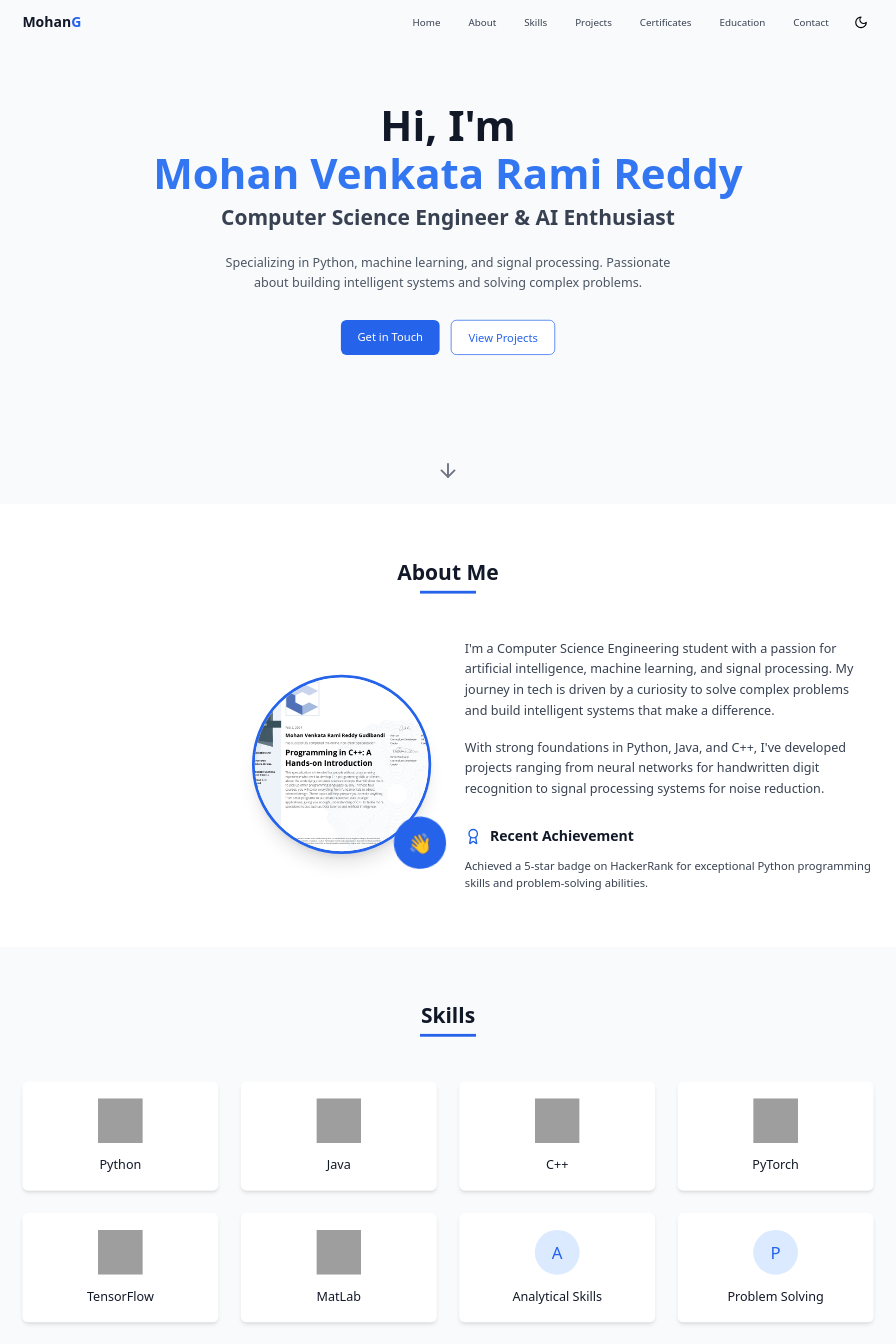
Repository: Mohan2347/updated-portfolio
Page: /
An editor plug-in stored every save of this project. The page is shown before and after a run of saves, followed by the edit.
The browser window is 1280 px wide. The pictures show the part of the page from y = 0 to 1920 px (the page is 5902 px tall), at 70% of full size.
Pictures or frames that could not be fetched are drawn as grey boxes. The project was rebuilt for these pictures with package versions that can differ from the ones it lists, and the page was loaded fresh each time. Also part of the build but not shown: vite.config.ts.

Above is the page before, as saved 2025-04-27 15:44:21.

### index.html
<!doctype html>
<html lang="en">
  <head>
    <meta charset="UTF-8" />
    <link rel="icon" type="image/svg+xml" href="/vite.svg" />
    <meta name="viewport" content="width=device-width, initial-scale=1.0" />
    <meta name="description" content="Portfolio of Mohan Venkata Rami Reddy Gudibandi - Computer Science Engineer & AI Enthusiast">
    <title>Mohan Gudibandi | Portfolio</title>
  </head>
  <body>
    <div id="root"></div>
    <script type="module" src="/src/main.tsx"></script>
  </body>
</html>

### src/App.tsx
import React, { useState, useEffect } from 'react';
import Navbar from './components/Navbar';
import Hero from './components/Hero';
import About from './components/About';
import Skills from './components/Skills';
// import Experience from './components/Experience';
import Projects from './components/Projects';
import Certificates from './components/Certificates';
import Education from './components/Education';
import Contact from './components/Contact';
import Footer from './components/Footer';
import Background from './components/Background';

function App() {
  const [isDarkMode, setIsDarkMode] = useState(false);

  useEffect(() => {
    const savedDarkMode = localStorage.getItem('darkMode');

    if (savedDarkMode === 'true') {
      setIsDarkMode(true);
      document.documentElement.classList.add('dark');
    } else if (savedDarkMode === null) {
      const prefersDark = window.matchMedia('(prefers-color-scheme: dark)').matches;
      setIsDarkMode(prefersDark);
      if (prefersDark) document.documentElement.classList.add('dark');
    }
  }, []);

  const toggleDarkMode = () => {
    setIsDarkMode(!isDarkMode);

    if (!isDarkMode) {
      document.documentElement.classList.add('dark');
      localStorage.setItem('darkMode', 'true');
    } else {
      document.documentElement.classList.remove('dark');
      localStorage.setItem('darkMode', 'false');
    }
  };

  return (
    <div className="min-h-screen bg-white dark:bg-gray-900 transition-colors duration-300">
      <Background />
      <Navbar isDarkMode={isDarkMode} toggleDarkMode={toggleDarkMode} />
      <Hero />
      <About />
      <Skills />
      {/* <Experience /> */}
      <Projects />
      <Certificates />
      <Education />
      <Contact />
      <Footer isDarkMode={isDarkMode} toggleDarkMode={toggleDarkMode} />
    </div>
  );
}

export default App;

### src/components/Skills.tsx
import React from 'react';
import { skills } from '../data/portfolio';
import { motion } from 'framer-motion';

const Skills: React.FC = () => {
  const skillIcons = {
    'Python': 'https://cdn.jsdelivr.net/gh/devicons/devicon/icons/python/python-original.svg',
    'Java': 'https://cdn.jsdelivr.net/gh/devicons/devicon/icons/java/java-original.svg',
    'C++': 'https://cdn.jsdelivr.net/gh/devicons/devicon/icons/cplusplus/cplusplus-original.svg',
    'PyTorch': 'https://cdn.jsdelivr.net/gh/devicons/devicon/icons/pytorch/pytorch-original.svg',
    'TensorFlow': 'https://cdn.jsdelivr.net/gh/devicons/devicon/icons/tensorflow/tensorflow-original.svg',
    'MatLab': 'https://cdn.jsdelivr.net/gh/devicons/devicon/icons/matlab/matlab-original.svg',
    'Jupyter Notebook': 'https://cdn.jsdelivr.net/gh/devicons/devicon/icons/jupyter/jupyter-original.svg',
    'VS Code': 'https://cdn.jsdelivr.net/gh/devicons/devicon/icons/vscode/vscode-original.svg',
    'GitHub': 'https://cdn.jsdelivr.net/gh/devicons/devicon/icons/github/github-original.svg',
  };

  const container = {
    hidden: { opacity: 0 },
    show: {
      opacity: 1,
      transition: {
        staggerChildren: 0.1
      }
    }
  };

  const item = {
    hidden: { opacity: 0, y: 20 },
    show: { opacity: 1, y: 0 }
  };

  return (
    <section id="skills" className="py-20 bg-gray-50 dark:bg-gray-900 transition-colors duration-300">
      <div className="max-w-7xl mx-auto px-4 sm:px-6 lg:px-8">
        <div className="text-center mb-16">
          <h2 className="text-3xl font-bold text-gray-900 dark:text-white transition-colors duration-300">
            Skills
          </h2>
          <div className="mt-2 h-1 w-20 bg-blue-600 mx-auto"></div>
        </div>

        <motion.div
          variants={container}
          initial="hidden"
          animate="show"
          className="grid grid-cols-2 md:grid-cols-3 lg:grid-cols-4 gap-8"
        >
          {skills.map((skill) => (
            <motion.div
              key={skill.name}
              variants={item}
              className="bg-white dark:bg-gray-800 rounded-lg p-6 shadow-md transition-all duration-300 hover:shadow-lg hover:scale-105"
            >
              <div className="flex flex-col items-center space-y-4">
                {skillIcons[skill.name] ? (
                  <img
                    src={skillIcons[skill.name]}
                    alt={skill.name}
                    className="w-16 h-16"
                  />
                ) : (
                  <div className="w-16 h-16 bg-blue-100 dark:bg-blue-900 rounded-full flex items-center justify-center">
                    <span className="text-2xl text-blue-600 dark:text-blue-400">{skill.name[0]}</span>
                  </div>
                )}
                <h3 className="text-lg font-medium text-gray-900 dark:text-white text-center">
                  {skill.name}
                </h3>
              </div>
            </motion.div>
          ))}
        </motion.div>
      </div>
    </section>
  );
};

export default Skills;

### src/components/Certificates.tsx
import React from 'react';
import { certificates } from '../data/portfolio';
import { Award } from 'lucide-react';

const Certificates: React.FC = () => {
  return (
    <section id="certificates" className="py-20 bg-gray-50 dark:bg-gray-900 transition-colors duration-300">
      <div className="max-w-7xl mx-auto px-4 sm:px-6 lg:px-8">
        <div className="text-center mb-16">
          <h2 className="text-3xl font-bold text-gray-900 dark:text-white transition-colors duration-300">
            Certificates
          </h2>
          <div className="mt-2 h-1 w-20 bg-blue-600 mx-auto"></div>
        </div>

        <div className="grid grid-cols-1 md:grid-cols-2 lg:grid-cols-3 gap-8">
          {certificates.map((certificate, index) => (
            <div
              key={index}
              className="bg-white dark:bg-gray-800 rounded-lg overflow-hidden shadow-md transition-all duration-300 hover:shadow-lg hover:translate-y-[-5px]"
            >
              <div className="h-48 overflow-hidden">
                <img
                  src={certificate.image}
                  alt={certificate.title}
                  className="w-full h-full object-cover transform hover:scale-110 transition-transform duration-300"
                />
              </div>

              <div className="p-6">
                <div className="flex items-center mb-4">
                  <Award size={24} className="text-blue-600 mr-3" />
                  <h3 className="text-xl font-semibold text-gray-900 dark:text-white transition-colors duration-300">
                    {certificate.title}
                  </h3>
                </div>

                <p className="text-blue-600 dark:text-blue-400 font-medium transition-colors duration-300">
                  {certificate.issuer}
                </p>

                <p className="text-sm text-gray-500 dark:text-gray-400 mb-4 transition-colors duration-300">
                  {certificate.date}
                </p>

                <p className="text-gray-700 dark:text-gray-300 transition-colors duration-300">
                  {certificate.description}
                </p>
              </div>
            </div>
          ))}
        </div>
      </div>
    </section>
  );
};

export default Certificates;

### src/components/Education.tsx
import React from 'react';
import { education } from '../data/portfolio';
import { GraduationCap } from 'lucide-react';

const Education: React.FC = () => {
  return (
    <section id="education" className="py-20 bg-white dark:bg-gray-800 transition-colors duration-300">
      <div className="max-w-7xl mx-auto px-4 sm:px-6 lg:px-8">
        <div className="text-center mb-16">
          <h2 className="text-3xl font-bold text-gray-900 dark:text-white transition-colors duration-300">
            Education
          </h2>
          <div className="mt-2 h-1 w-20 bg-blue-600 mx-auto"></div>
        </div>

        <div className="relative">
          {/* Timeline line */}
          <div className="absolute left-0 sm:left-1/2 transform sm:translate-x-[-50%] h-full w-1 bg-blue-200 dark:bg-blue-900 transition-colors duration-300"></div>

          <div className="space-y-12">
            {education.map((edu, index) => (
              <div key={index} className="relative">
                {/* Timeline dot */}
                <div className="absolute left-0 sm:left-1/2 transform sm:translate-x-[-50%] w-6 h-6 rounded-full bg-blue-600 border-4 border-white dark:border-gray-800 transition-colors duration-300"></div>

                <div className={`sm:w-1/2 ml-10 sm:ml-0 ${
                  index % 2 === 0 ? 'sm:pr-12 sm:text-right' : 'sm:pl-12 sm:ml-auto'
                }`}>
                  <div className="bg-gray-50 dark:bg-gray-700 p-5 rounded-lg shadow-md transition-all duration-300 hover:shadow-lg">
                    <div className={`flex items-center mb-2 ${
                      index % 2 === 0 ? 'justify-end' : ''
                    }`}>
                      <GraduationCap size={20} className={`text-blue-600 ${
                        index % 2 === 0 ? 'ml-2 order-2' : 'mr-2'
                      }`} />
                      <h3 className="text-lg font-semibold text-gray-900 dark:text-white transition-colors duration-300">
                        {edu.institution}
                      </h3>
                    </div>

                    <p className="text-gray-600 dark:text-gray-300 transition-colors duration-300">
                      {edu.location}
                    </p>

                    <p className="text-blue-600 dark:text-blue-400 font-medium mt-2 transition-colors duration-300">
                      {edu.degree}
                    </p>

                    <div className="flex flex-wrap items-center justify-between mt-2">
                      <span className="bg-blue-100 dark:bg-blue-900 text-blue-800 dark:text-blue-200 px-3 py-1 rounded-full text-sm transition-colors duration-300">
                        {edu.score}
                      </span>
                      <span className="text-gray-500 dark:text-gray-400 text-sm transition-colors duration-300">
                        {edu.period}
                      </span>
                    </div>
                  </div>
                </div>
              </div>
            ))}
          </div>
        </div>
      </div>
    </section>
  );
};

export default Education;

### src/components/Footer.tsx
import React from 'react';
import { Heart } from 'lucide-react';

interface FooterProps {
  isDarkMode: boolean;
  toggleDarkMode: () => void;
}

const Footer: React.FC<FooterProps> = ({ isDarkMode, toggleDarkMode }) => {
  const currentYear = new Date().getFullYear();

  return (
    <footer className="bg-white dark:bg-gray-800 py-8 transition-colors duration-300">
      <div className="max-w-7xl mx-auto px-4 sm:px-6 lg:px-8">
        <div className="border-t border-gray-200 dark:border-gray-700 pt-8 transition-colors duration-300">
          <div className="flex flex-col md:flex-row justify-between items-center">
            <div className="mb-4 md:mb-0">
              <p className="text-gray-600 dark:text-gray-400 transition-colors duration-300">
                &copy; {currentYear} Mohan Venkata Rami Reddy. All rights reserved.
              </p>
            </div>

            <div className="flex items-center space-x-6">
              <button
                onClick={toggleDarkMode}
                className="text-gray-600 dark:text-gray-400 hover:text-blue-600 dark:hover:text-blue-400 transition-colors duration-300"
                aria-label={isDarkMode ? "Switch to light mode" : "Switch to dark mode"}
              >
                {isDarkMode ? "Light Mode" : "Dark Mode"}
              </button>

              <a
                href="#home"
                className="text-gray-600 dark:text-gray-400 hover:text-blue-600 dark:hover:text-blue-400 transition-colors duration-300"
              >
                Back to Top
              </a>
            </div>
          </div>

          <div className="mt-6 text-center text-gray-500 dark:text-gray-500 text-sm transition-colors duration-300 flex items-center justify-center">
            <span>Built with</span>
            <Heart size={16} className="text-red-500 mx-1" />
            <span>using React & Tailwind CSS</span>
          </div>
        </div>
      </div>
    </footer>
  );
};

export default Footer;

### src/components/Background.tsx
import React from 'react';
import { useCallback } from "react";
import Particles from "react-particles";
import type { Container, Engine } from "tsparticles-engine";
import { loadSlim } from "tsparticles-slim";

const Background: React.FC = () => {
  const particlesInit = useCallback(async (engine: Engine) => {
    await loadSlim(engine);
  }, []);

  const particlesLoaded = useCallback(async (container: Container | undefined) => {
    console.log(container);
  }, []);

  return (
    <Particles
      className="fixed top-0 left-0 w-full h-full -z-10"
      id="tsparticles"
      init={particlesInit}
      loaded={particlesLoaded}
      options={{
        background: {
          color: {
            value: "transparent",
          },
        },
        fpsLimit: 120,
        interactivity: {
          events: {
            onClick: {
              enable: true,
              mode: "push",
            },
            onHover: {
              enable: true,
              mode: "grab",
              parallax: {
                enable: true,
                force: 60,
                smooth: 10
              }
            },
            resize: true,
          },
          modes: {
            push: {
              quantity: 4,
            },
            grab: {
              distance: 200,
              links: {
                opacity: 0.5
              }
            }
          },
        },
        particles: {
          color: {
            value: "#3b82f6",
          },
          links: {
            color: "#3b82f6",
            distance: 150,
            enable: true,
            opacity: 0.3,
            width: 1,
            triangles: {
              enable: true,
              opacity: 0.05
            }
          },
          move: {
            direction: "none",
            enable: true,
            outModes: {
              default: "bounce",
            },
            random: false,
            speed: 1,
            straight: false,
            attract: {
              enable: true,
              rotateX: 600,
              rotateY: 1200
            }
          },
          number: {
            density: {
              enable: true,
              area: 800,
            },
            value: 80,
          },
          opacity: {
            value: 0.5,
            random: true,
            anim: {
              enable: true,
              speed: 1,
              opacity_min: 0.1,
              sync: false
            }
          },
          shape: {
            type: "circle",
          },
          size: {
            value: { min: 1, max: 3 },
            random: true,
            anim: {
              enable: true,
              speed: 2,
              size_min: 0.1,
              sync: false
            }
          },
        },
        detectRetina: true,
      }}
    />
  );
};

export default Background;

### src/data/portfolio.ts
import { Skill, Project, Certificate, Education, Achievement, NavItem, Experience } from '../types';
import img  from "../assests/img1.jpg";
import img  from "../assests/project1.jpg";
import img  from "../assests/project2.jpg";
import img  from "../assests/Certificate1.jpg";
import img  from "../assests/Certificate1.jpg";
import img  from "../assests/Certificate1.jpg";



export const navItems: NavItem[] = [
  { label: 'Home', href: '#home' },
  { label: 'About', href: '#about' },
  { label: 'Skills', href: '#skills' },
  // { label: 'Experience', href: '#experience' },
  { label: 'Projects', href: '#projects' },
  { label: 'Certificates', href: '#certificates' },
  { label: 'Education', href: '#education' },
  { label: 'Contact', href: '#contact' }
];

export const skills: Skill[] = [
  { name: 'Python', level: 90, category: 'language' },
  { name: 'Java', level: 85, category: 'language' },
  { name: 'C++', level: 80, category: 'language' },
  { name: 'PyTorch', level: 85, category: 'framework' },
  { name: 'TensorFlow', level: 80, category: 'framework' },
  { name: 'MatLab', level: 75, category: 'framework' },
  // { name: 'Jupyter Notebook', level: 90, category: 'tool' },
  // { name: 'Google Colab', level: 85, category: 'tool' },
  // { name: 'VS Code', level: 85, category: 'tool' },
  // { name: 'GitHub', level: 80, category: 'tool' },
  { name: 'Analytical Skills', level: 90, category: 'soft' },
  { name: 'Problem Solving', level: 90, category: 'soft' },
  { name: 'Communication', level: 85, category: 'soft' }
];

export const experience: Experience[] = [
  {
    title: 'Summer Training in Data Structures & Algorithms',
    company: 'Board Infinity',
    period: 'June 2024 - July 2024',
    location: 'Remote',
    description: 'Intensive training program focused on advanced DSA concepts and problem-solving techniques.',
    details: [
      'Completed a one-month training focused on Data Structures and Algorithms (DSA), strengthening problem-solving and algorithmic skills',
      'Implemented efficient algorithms and data structures such as arrays, linked lists, trees, graphs, and dynamic programming to optimize solutions',
      'Developed optimized solutions using programming languages like Java'
    ],
    techStack: ['Java', 'Data Structures', 'Algorithms'],
    image: 'https://images.pexels.com/photos/7376/startup-photos.jpg?auto=compress&cs=tinysrgb&w=1260&h=750&dpr=2'
  }
];

export const projects: Project[] = [
  {
    id: 'digit-recognition',
    title: 'Handwritten Digit Recognition Model',
    date: 'December 2024',
    description: 'CNN-based model using PyTorch to classify handwritten digits with 98.5% accuracy',
    techStack: ['Python', 'PyTorch', 'NumPy', 'OpenCV', 'Flask'],
    details: [
      'Built a CNN using PyTorch to classify handwritten digits with 98.5% accuracy',
      'Preprocessed images and optimized model performance using data augmentation',
      'Deployed the model using Flask for real-time digit recognition',
      'Evaluated model performance using confusion matrices and precision-recall curves'
    ],
    image: 'https://images.pexels.com/photos/3861969/pexels-photo-3861969.jpeg?auto=compress&cs=tinysrgb&w=1260&h=750&dpr=2'
  },
  {
    id: 'signal-processing',
    title: 'Signal Processing and Noise Reduction',
    date: 'March 2024',
    description: 'MATLAB-based system to filter noise from real-world audio signals',
    techStack: ['MATLAB', 'Signal Processing Toolbox', 'FFT'],
    details: [
      'Developed a MATLAB-based system to filter noise from real-world audio signals',
      'Applied FFT for frequency analysis and improved Signal-to-Noise Ratio (SNR)',
      'Visualized signal transformations using MATLAB\'s plotting tools',
      'Compared filter performance with traditional noise reduction methods'
    ],
    image: 'https://images.pexels.com/photos/373543/pexels-photo-373543.jpeg?auto=compress&cs=tinysrgb&w=1260&h=750&dpr=2'
  }
];

export const certificates: Certificate[] = [
  {
    title: 'C++ Programming Certification',
    issuer: 'Coursera',
    date: 'October 2023 - February 2024',
    description: 'Gained proficiency in C++ programming, covering object-oriented concepts, data structures, and algorithms',
    image: 'https://images.pexels.com/photos/1181671/pexels-photo-1181671.jpeg?auto=compress&cs=tinysrgb&w=1260&h=750&dpr=2'
  },
  {
    title: 'The Bits and Bytes of Computer Networking',
    issuer: 'Google (Coursera)',
    date: 'August 2023 - November 2023',
    description: 'Learned networking fundamentals, including TCP/IP, DNS, cloud computing, and network security',
    image: 'https://images.pexels.com/photos/1181675/pexels-photo-1181675.jpeg?auto=compress&cs=tinysrgb&w=1260&h=750&dpr=2'
  },
  {
    title: 'SQL For Data Science Certification',
    issuer: 'Great Learning',
    date: 'January 2023 - February 2023',
    description: 'Gained expertise in SQL for data extraction, manipulation, and analysis, focusing on real-world data science applications',
    image: 'https://images.pexels.com/photos/1181677/pexels-photo-1181677.jpeg?auto=compress&cs=tinysrgb&w=1260&h=750&dpr=2'
  }
];

export const education: Education[] = [
  {
    institution: 'Lovely Professional University',
    location: 'Phagwara, Punjab',
    degree: 'B. Tech - Computer Science and Engineering',
    score: 'CGPA: 6.03',
    period: 'Since August 2022'
  },
  {
    institution: 'Vignana Bharathi Junior College',
    location: 'Chirala, Andhra Pradesh',
    degree: 'Intermediate',
    score: 'Percentage: 82.9%',
    period: 'April 2020 - March 2022'
  },
  {
    institution: 'Oxford High School',
    location: 'Parchur, Andhra Pradesh',
    degree: 'Matriculation',
    score: 'Percentage: 96%',
    period: 'April 2019 - March 2020'
  }
];

export const achievements: Achievement[] = [
  {
    title: 'Hacker Rank 5-star Python Badge',
    date: 'March 2023',
    description: 'Achieved a 5-star badge on HackerRank for exceptional Python programming skills and problem-solving abilities'
  }
];

export const contact = {
  name: 'Mohan Venkata Rami Reddy Gudibandi',
  email: 'gudibandimohan95@gmail.com',
  phone: '+91-9392409489',
  linkedin: 'linkedin.com/in/mohan-gudibandi/',
  github: 'github.com/Mohan2347',
  photo: img
};

Loaded but not shown: src/main.tsx (common file); src/index.css (common file); tailwind.config.js (37 lines, source omitted); src/components/Contact.tsx (131 lines, source omitted); src/components/Projects.tsx (108 lines, source omitted); src/components/Navbar.tsx (102 lines, source omitted); src/components/Hero.tsx (97 lines, source omitted); src/components/About.tsx (84 lines, source omitted)

After the next 2 saves:
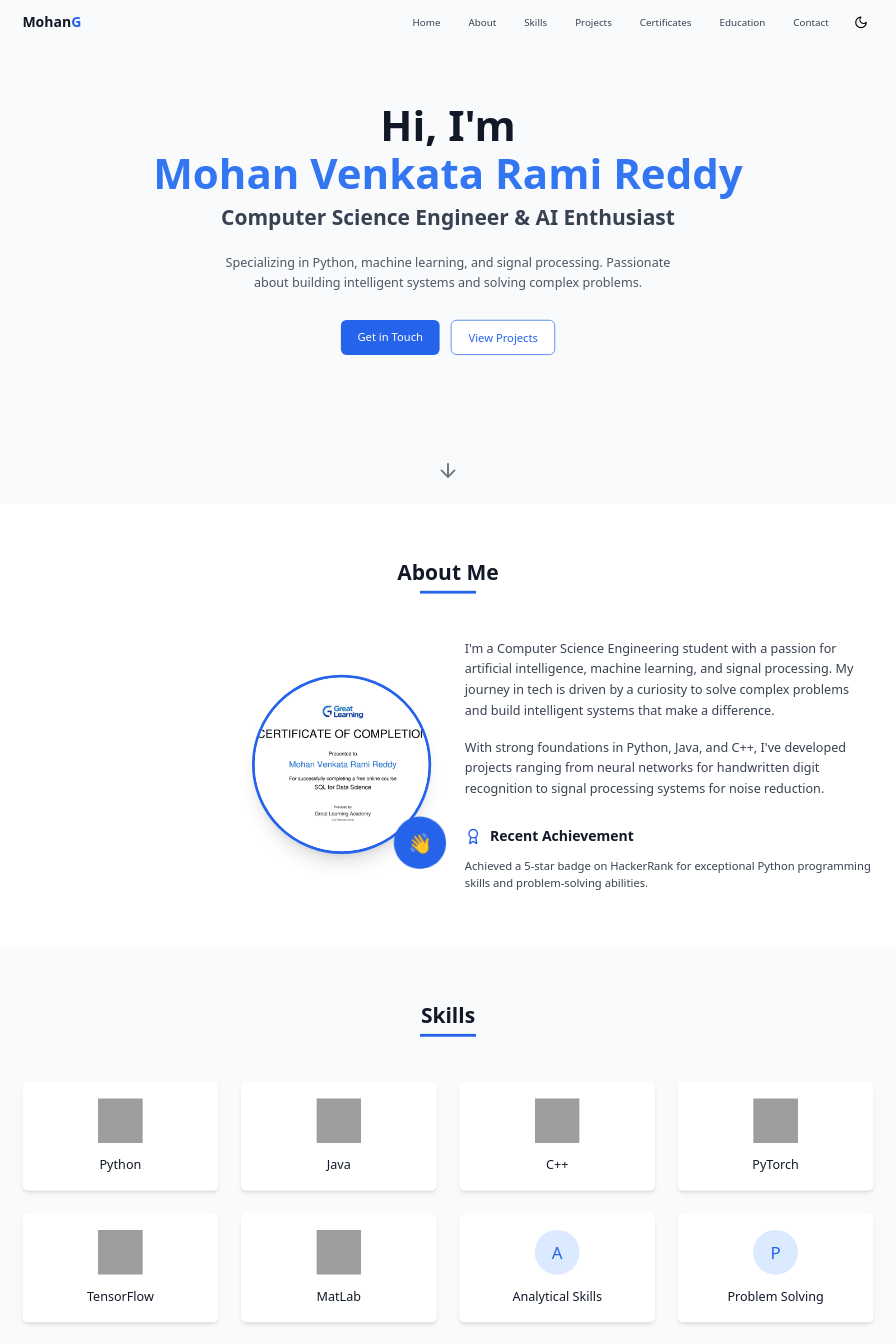
The 2 saves are shown as one change because they came seconds apart.
The last was saved 6 s later.
--- a/src/data/portfolio.ts
+++ b/src/data/portfolio.ts
@@ -3,8 +3,8 @@ import img  from "../assests/img1.jpg";
 import img  from "../assests/project1.jpg";
 import img  from "../assests/project2.jpg";
 import img  from "../assests/Certificate1.jpg";
-import img  from "../assests/Certificate1.jpg";
-import img  from "../assests/Certificate1.jpg";
+import img  from "../assests/Certificate2.jpg";
+import img  from "../assests/Certificate3.jpg";
 
 
 
